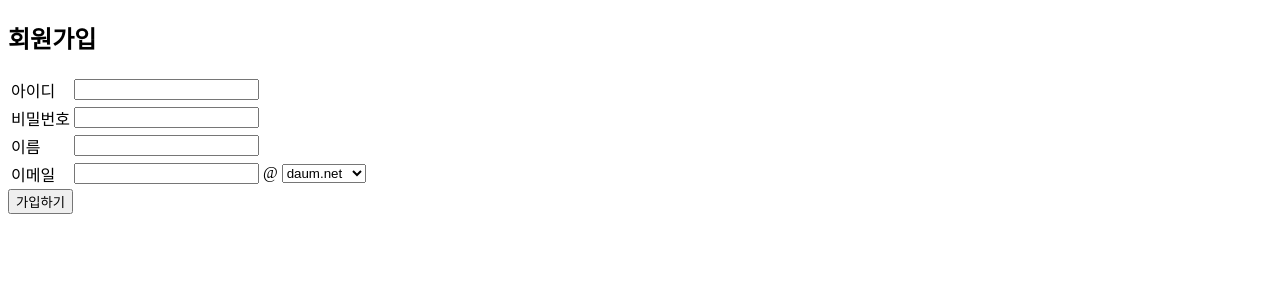
Repository: Idooru/academy_servlet
Page: pro07/WebContent/memberForm.html
The author's editor kept a copy of each file at every save. The page is drawn from the files as they stood at one save, then again after the next save.
The browser window is 1280 px wide. The pictures show the whole page.

Above is the page before, as saved 2023-09-07 07:07:37.

### pro07/WebContent/memberForm.html
<!DOCTYPE html>
<html>

<head>
	<meta charset="UTF-8">
	<title>JOIN FORM</title>
	<script type="text/javascript">
		function fn_sendMember() {
			let frmMember = document.frmMember;
			let id = frmMember.id.value;
			let pwd = frmMember.pwd.value;
			let name = frmMember.name.value;
			let email = frmMember.email.value;

			if (!id) {
				alert("아이디는 필수입니다.");
			} else if (!pwd) {
				alert("비밀번호는 필수입니다.");
			} else if (!name) {
				alert("이름은 필수입니다.");
			} else if (!email) {
				alert("이메일은 필수입니다.");
			} else {
				frmMember.method = "post";
				frmMember.action = "member";
				frmMember.submit();
			}
		}
	</script>
</head>

<body>

	<form name="frmMember">
		<h2>회원가입</h2>
		<table>
			<tr>
				<td>아이디</td>
				<td><input type="text" name="id" /></td>
			</tr>
			<tr>
				<td>비밀번호</td>
				<td><input type="password" name="pwd" /></td>
			</tr>
			<tr>
				<td>이름</td>
				<td><input type="text" name="name" /></td>
			</tr>
			<tr>
				<td>이메일</td>
				<td>
					<input type="text" name="email" />
					@
					<select name="enomain">
						<option value="daum.net">daum.net</option>
						<option value="naver.com">naver.com</option>
					</select>
				</td>
			</tr>

			</tr>
		</table>
		<input type="button" value="가입하기" onclick="fn_sendMember()" />
		<input type="hidden" name="command" value="addMember" />
	</form>
</body>

</html>

After the next save:
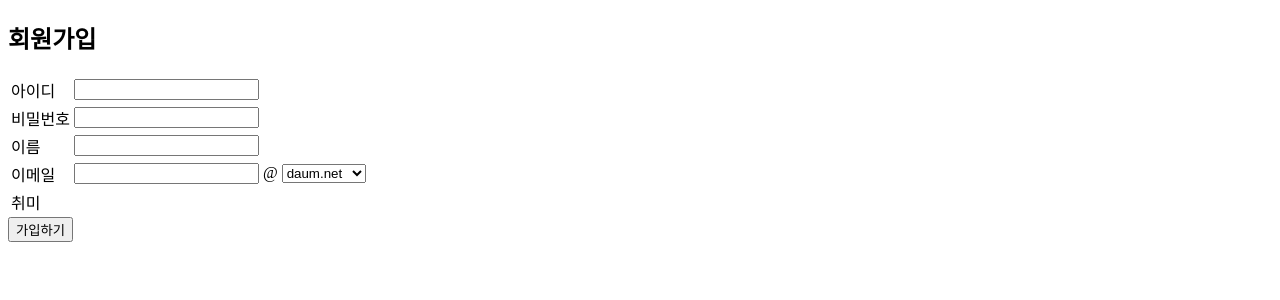
Saved 113 s later.
--- a/pro07/WebContent/memberForm.html
+++ b/pro07/WebContent/memberForm.html
@@ -51,13 +51,14 @@
 				<td>
 					<input type="text" name="email" />
 					@
-					<select name="enomain">
+					<select name="edomain">
 						<option value="daum.net">daum.net</option>
 						<option value="naver.com">naver.com</option>
 					</select>
 				</td>
 			</tr>
-
+			<tr>
+				<td>취미</td>
 			</tr>
 		</table>
 		<input type="button" value="가입하기" onclick="fn_sendMember()" />
